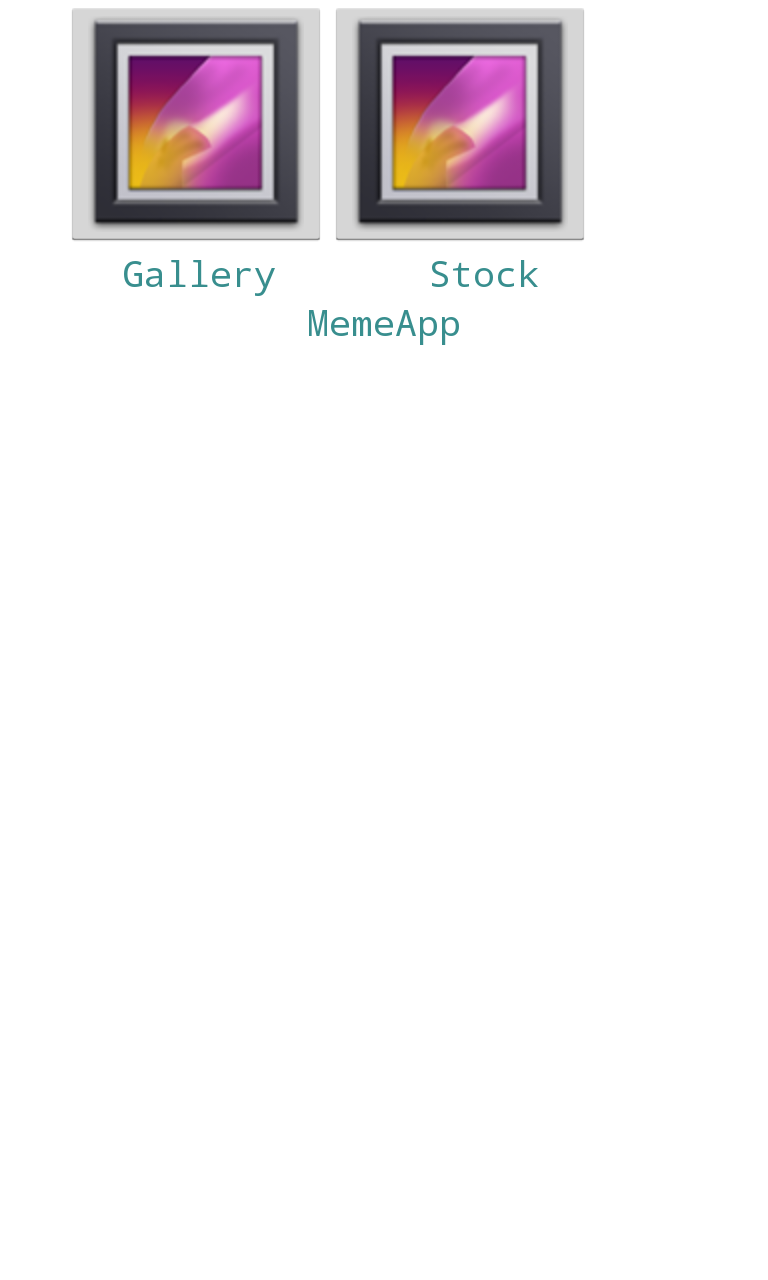
Repository: njb26/3093_Software_Engineering_2013
Layout: app/workspace/MemeApp/res/layout/activity_selection.xml
An editor plug-in stored every save of this project. The layout is shown before and after the next save, followed by the edit.
It is drawn on a 768 x 1280 px phone screen (xhdpi) without system bars, with theme AppTheme; the app's code is not run.

Above is the layout before, as saved 2013-05-23 21:35:46.

After the next save:
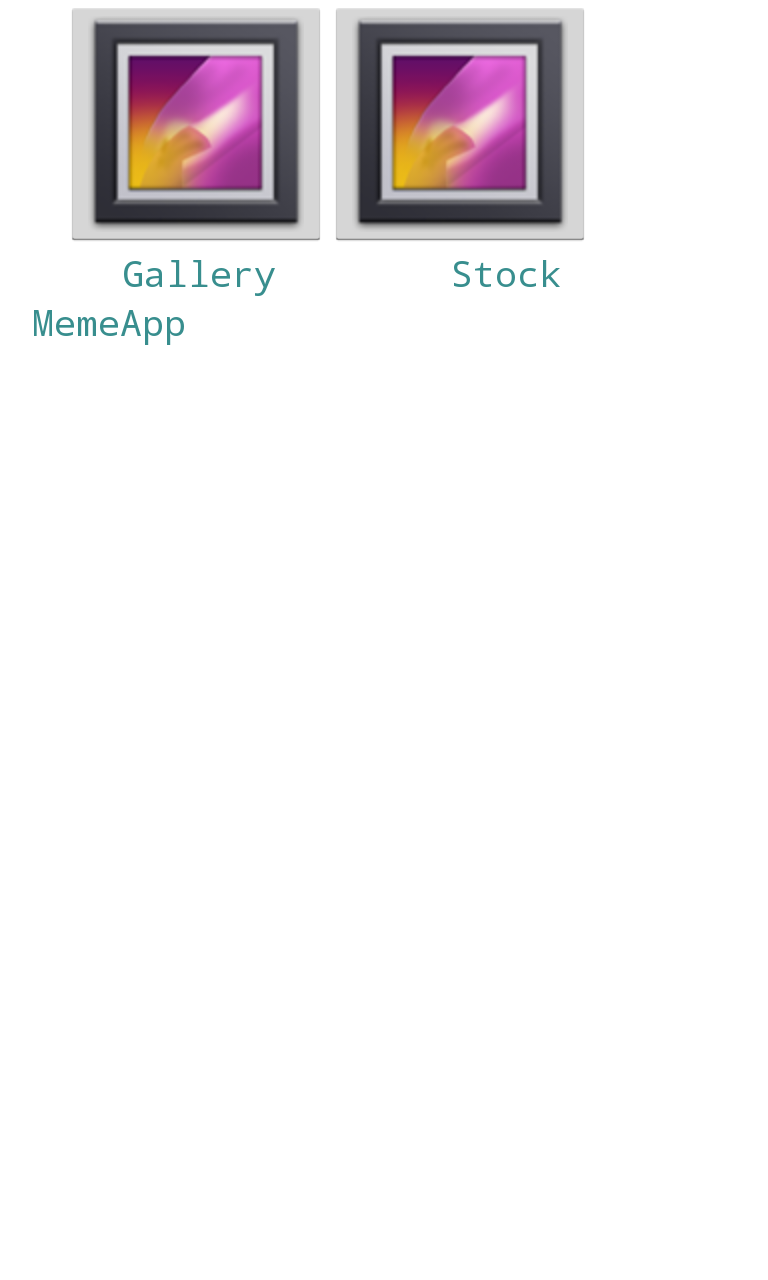
Saved 65 s later.
--- a/app/workspace/MemeApp/res/values/styles.xml
+++ b/app/workspace/MemeApp/res/values/styles.xml
@@ -17,7 +17,7 @@
         <!-- All customizations that are NOT specific to a particular API-level can go here. -->
     </style>
     <style name="StandardFont" parent="@android:style/TextAppearance.Medium">
-        <item name="android:layout_width">fill_parent</item>
+        <item name="android:layout_width">wrap_content</item>
     	<item name="android:layout_height">wrap_content</item>
     	<item name="android:textColor">#388E8E</item>
 		<item name="android:typeface">monospace</item>
